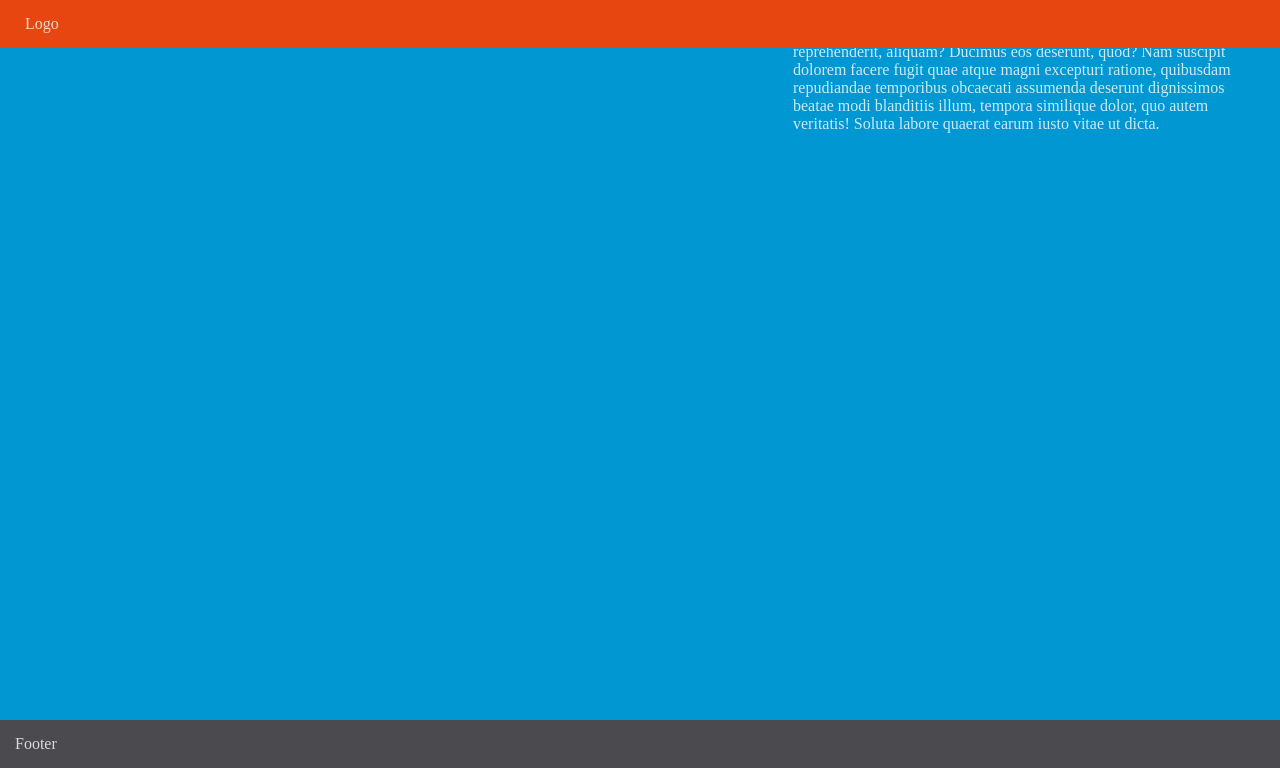
Repository: LiamB123/Adaptive-Sizing-Practice
Page: MP.html
The author's editor kept a record of every edit. The page is drawn from the files as they stood at one moment, then again after the next edit.
The browser window is 1280 px wide. The pictures show the whole page.

Above is the page before.

### MP.html
<!DOCTYPE html>
<html lang="en">
<head>
    <meta charset="UTF-8">
    <meta name="viewport" content="width=device-width, initial-scale=1.0">
    <meta http-equiv="X-UA-Compatible" content="ie=edge">
    <link rel="stylesheet" href="MP.css" type="text/css" />
    <title>Document</title>
</head>

<body>

<main class="main">
    <header class="header">
    Logo
    </header>

    <section class="section">
        <article class="article column column-60">
       <p> Lorem ipsum dolor sit amet, consectetur adipisicing elit. Quidem, ipsum?
        </p></article>

        <aside class="aside column column-40 ">
            <p class="section-paragraph">
                Lorem ipsum dolor sit amet, consectetur adipisicing elit. Non, reprehenderit, aliquam? Ducimus eos deserunt, quod? Nam suscipit dolorem facere fugit quae atque magni excepturi ratione, quibusdam repudiandae temporibus obcaecati assumenda deserunt dignissimos beatae modi blanditiis illum, tempora similique dolor, quo autem veritatis! Soluta labore quaerat earum iusto vitae ut dicta.
            </p>
        </aside>
        </section>

    <footer class='footer'> Footer </footer>

</body>
</html>

### MP.css
body, html {
    height:100%;
    margin:0;
    color:rgba( 255, 255, 255, .8);
}

.header
    { position: fixed;
    top:0;
    left: 0;
    right: 0;
    background-color:#e84610;
    padding: 15px 25px;

    }

.main { height:100%; }

    .section { background-color: #0097d3;
                height:100%;
    }

.vcenter {
    position:relative;
    top:50%;
    transform:translateY(-50%) ;
}
.section-paragraph { font-size: 1em;
            margin: 25px;

}
.footer{ background-color:#4a4a4f;
    padding:15px;}


@media (min-width: 768px){
    .column { float:left;}
    .column-60{width:60%; top:20px}
    .column-40{width:40%;}
}

After the next edit:
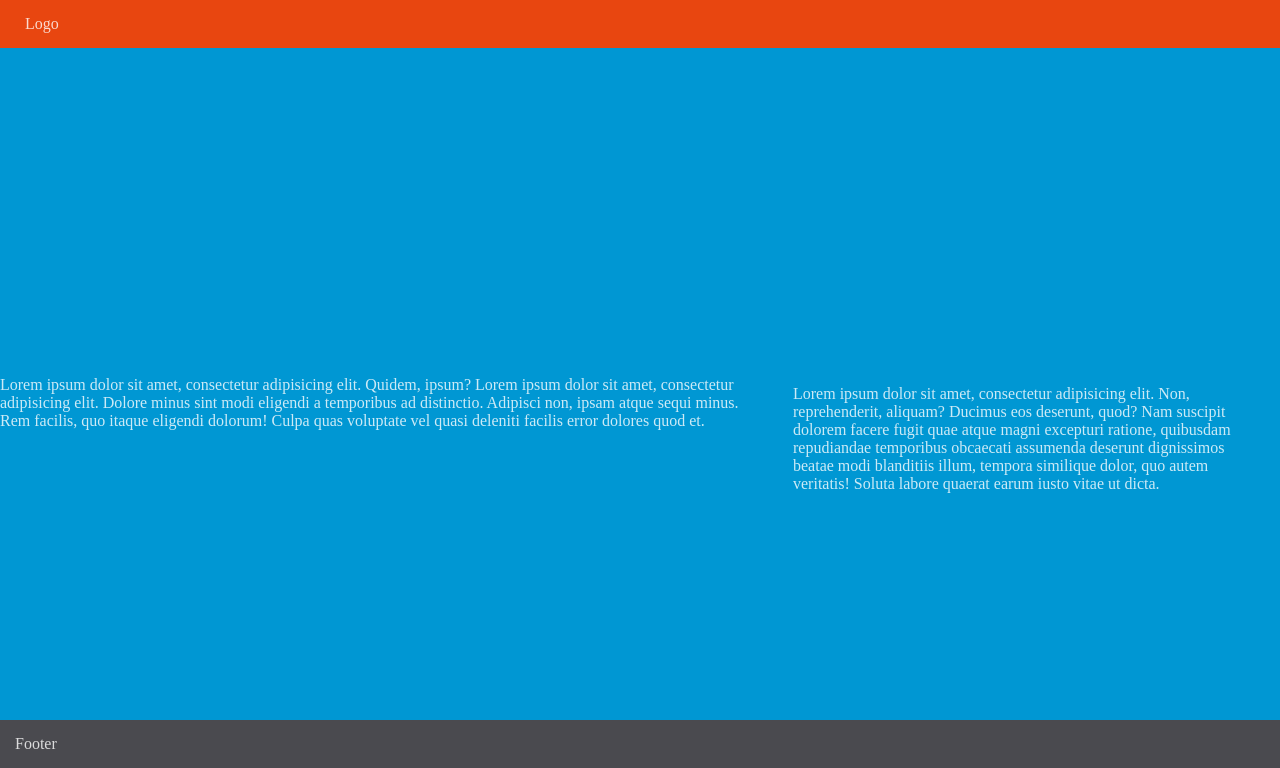
The edit:
--- a/MP.html
+++ b/MP.html
@@ -16,8 +16,9 @@
     </header>
 
     <section class="section">
+        <div class='vcenter'>
         <article class="article column column-60">
-       <p> Lorem ipsum dolor sit amet, consectetur adipisicing elit. Quidem, ipsum?
+       <p> Lorem ipsum dolor sit amet, consectetur adipisicing elit. Quidem, ipsum? Lorem ipsum dolor sit amet, consectetur adipisicing elit. Dolore minus sint modi eligendi a temporibus ad distinctio. Adipisci non, ipsam atque sequi minus. Rem facilis, quo itaque eligendi dolorum! Culpa quas voluptate vel quasi deleniti facilis error dolores quod et.
         </p></article>
 
         <aside class="aside column column-40 ">
